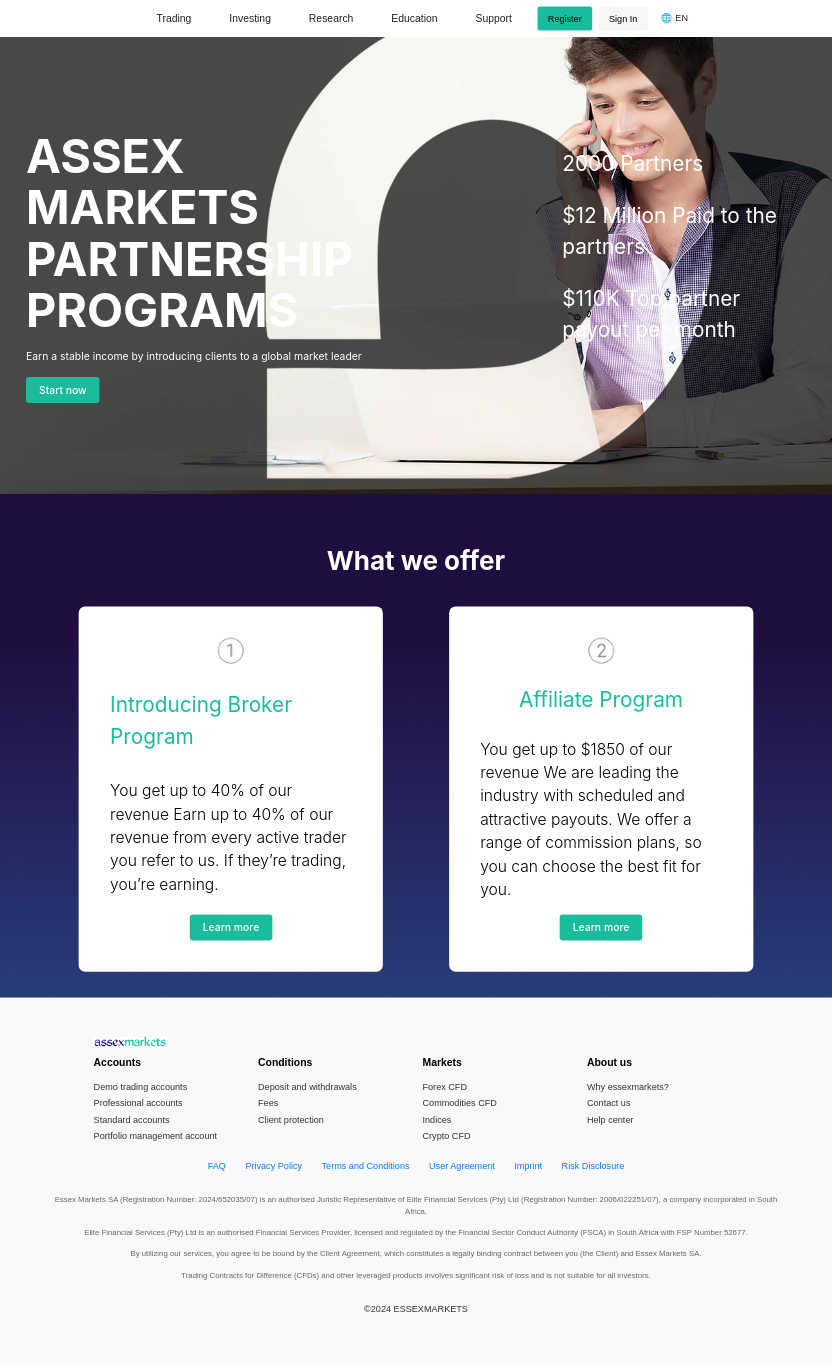
Repository: RevenewMarketing/Assex
Page: /partner
An editor plug-in stored every save of this project. The page is shown before and after a run of saves, followed by the edit.
The browser window is 1280 px wide. The pictures show the whole page, at 65% of full size.
The project was rebuilt for these pictures with package versions that can differ from the ones it lists, and the page was loaded fresh each time. Also part of the build but not shown: vite.config.ts, src/pages/home/sections/HeroSection.module.css, src/pages/home/sections/HeroSection.tsx, src/pages/home/sections/Section2.tsx, src/pages/home/sections/Section3.tsx, src/pages/home/sections/Section4.tsx, src/pages/home/sections/Section5.tsx, src/pages/home/sections/Section6.tsx and 10 more.

Above is the page before, as saved 2024-11-28 00:50:51.

After the next 2 saves:
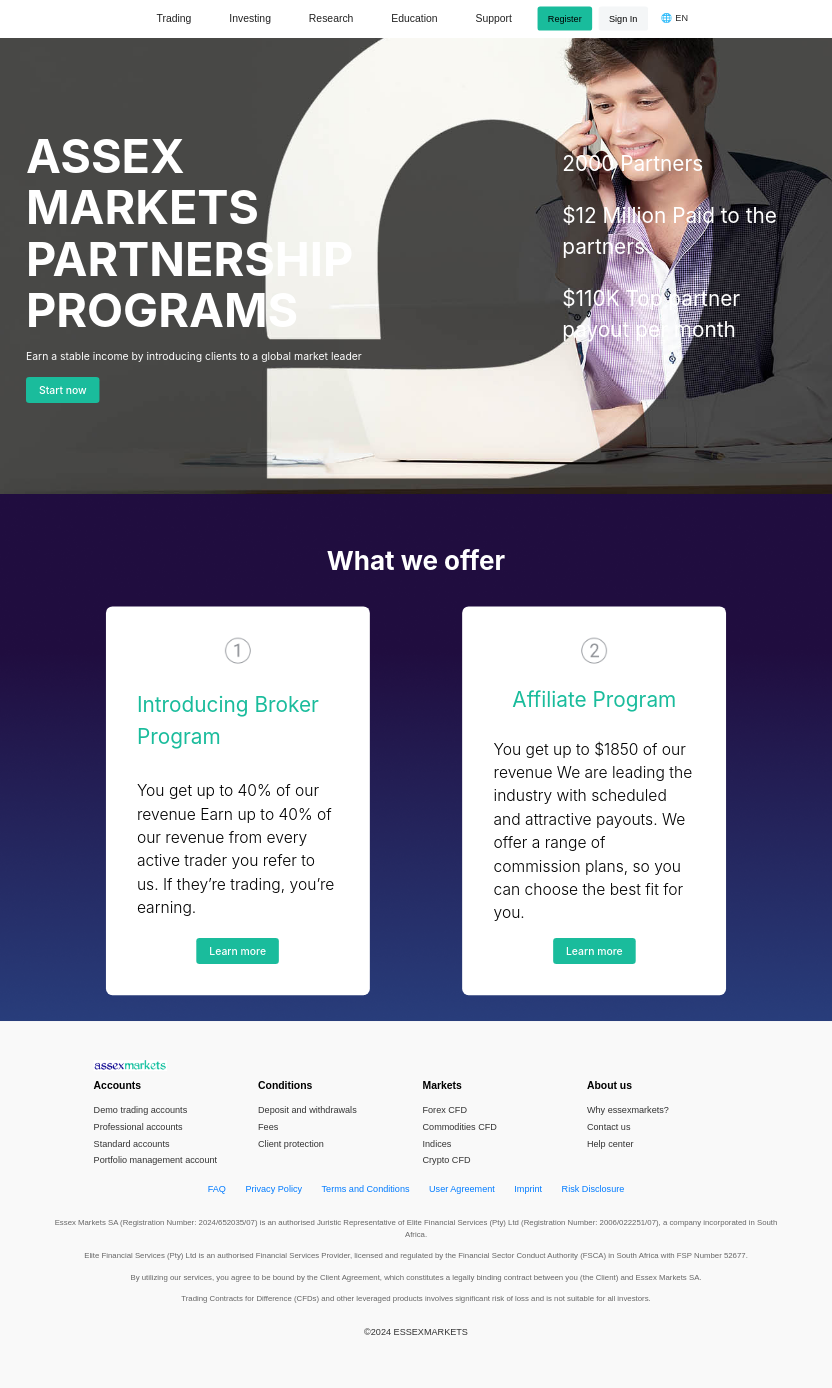
The 2 saves are shown as one change because they came seconds apart.
The last was saved 19 s later.
--- a/src/pages/partner/sections/Section2.module.css
+++ b/src/pages/partner/sections/Section2.module.css
@@ -25,7 +25,7 @@
   border-radius: 10px;
   padding: 3rem;
   flex: 1;
-  max-width: 30%;
+  max-width: 25%;
   text-align: left;
   display: flex;
   flex-direction: column;
